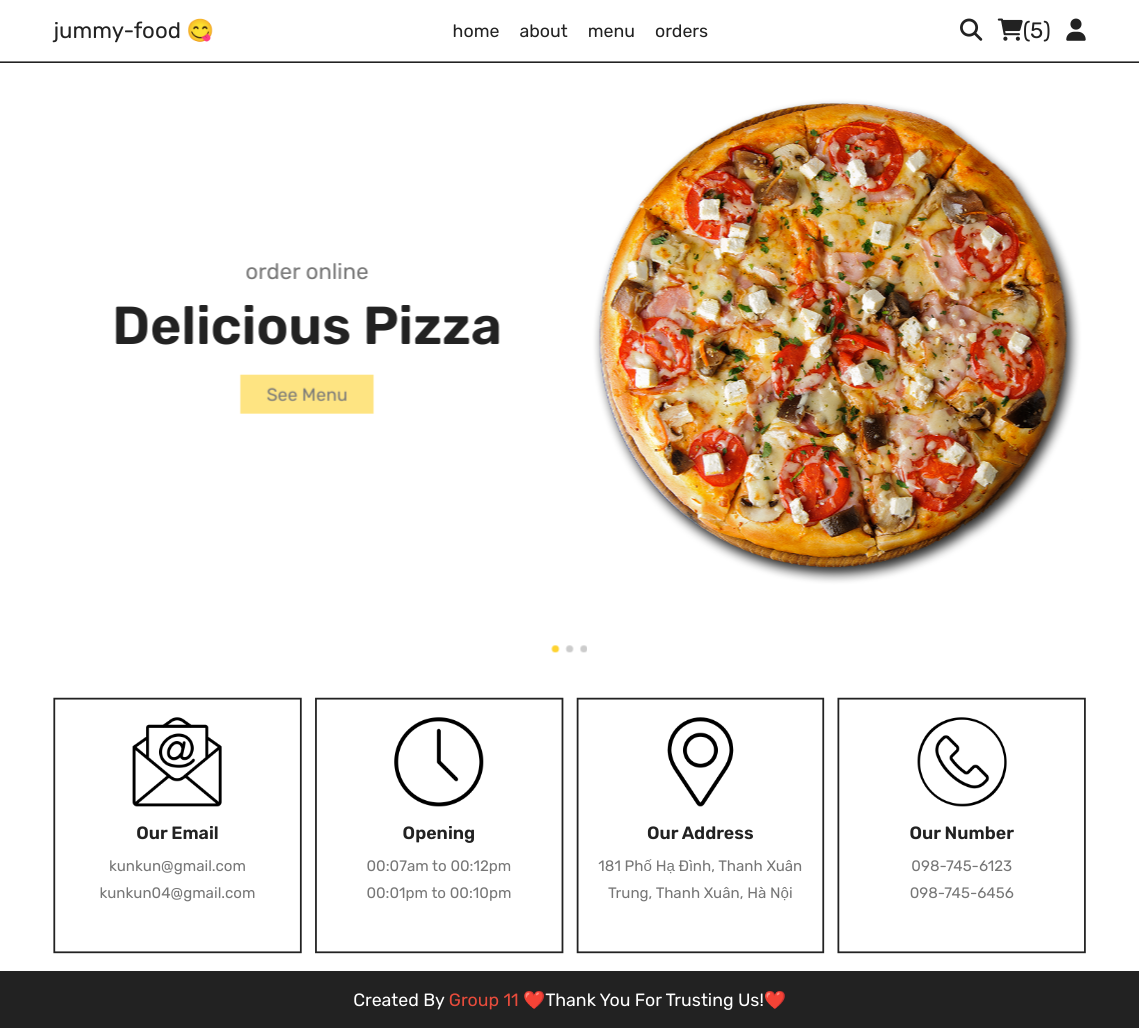
Repository: VuongLinhDinh/jummy_food
Page: home.html
An editor plug-in stored every save of this project. The page is shown before and after the next save, followed by the edit.
The browser window is 1280 px wide. The pictures show the whole page, at 89% of full size.
Some web libraries are served in a nearby version.

Above is the page before, as saved 2023-11-07 22:47:05.

After the next save:
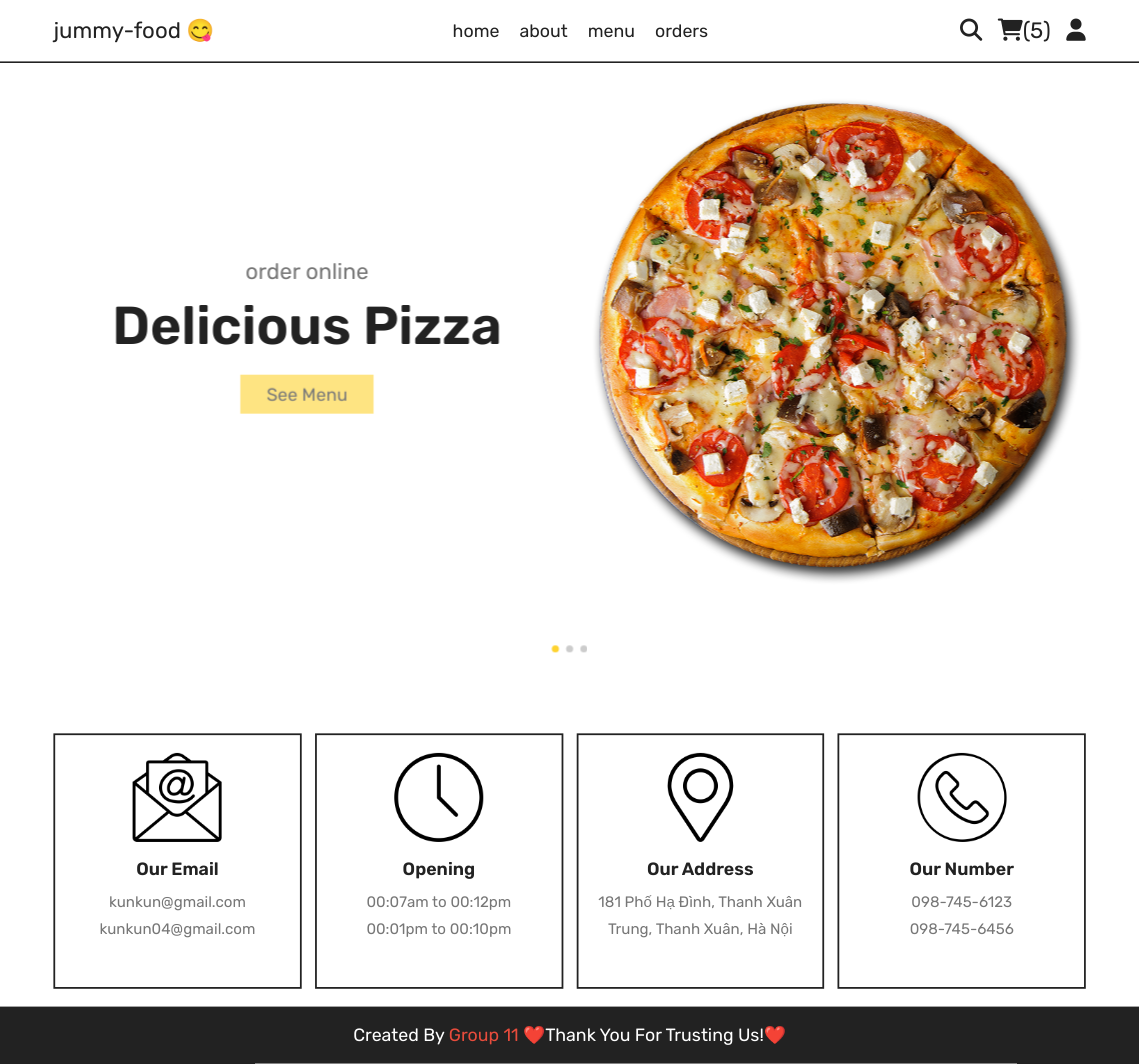
Saved 7 min 43 s later.
--- a/home.html
+++ b/home.html
@@ -82,7 +82,9 @@
     <!-- hero section end  -->
 
     <!-- category section starts  -->
+    <section class="category">
 
+    </section>
     <!-- category section end  -->
 
     <!-- footer section starts  -->
